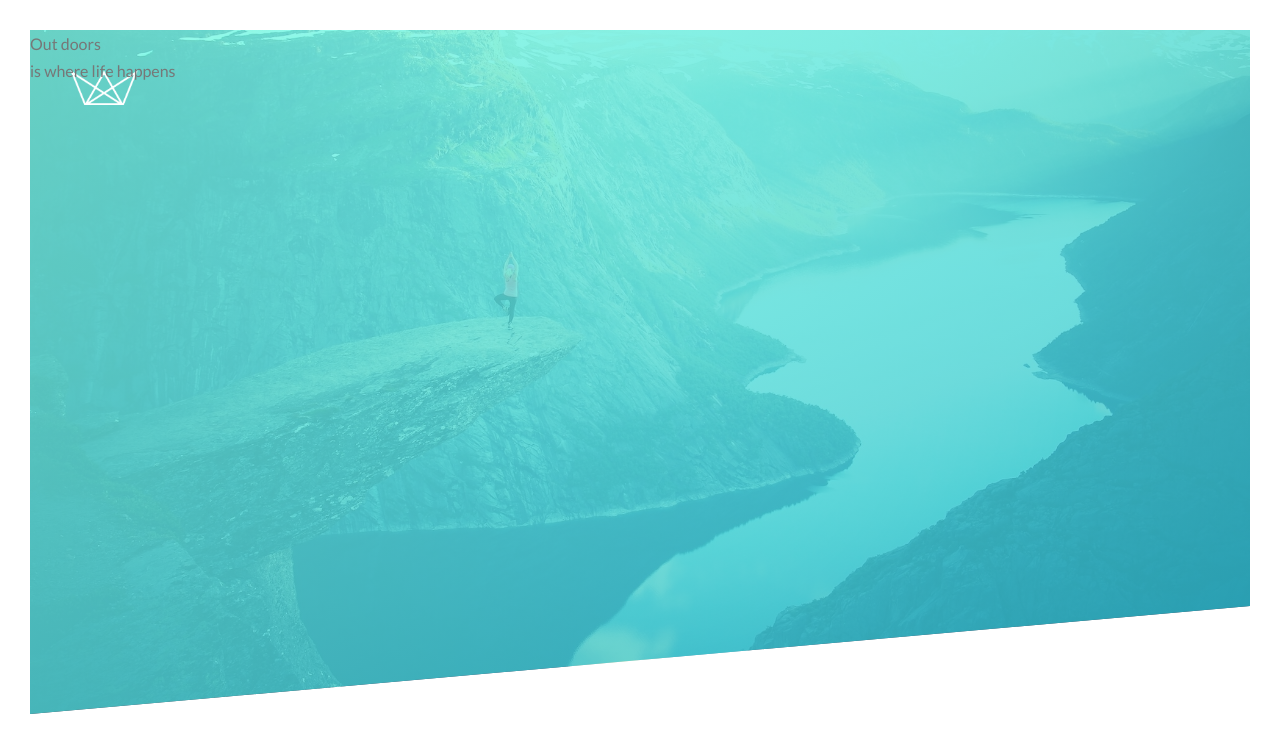
Repository: haokiet2501/natours-page
Page: index.html
These files come from the project's save history. The page is drawn as it stood at one moment and after the next save; the edit follows.
The browser window is 1280 px wide. The pictures show the whole page.

Above is the page before, as saved 2022-07-31 17:09:21.

After the next save:
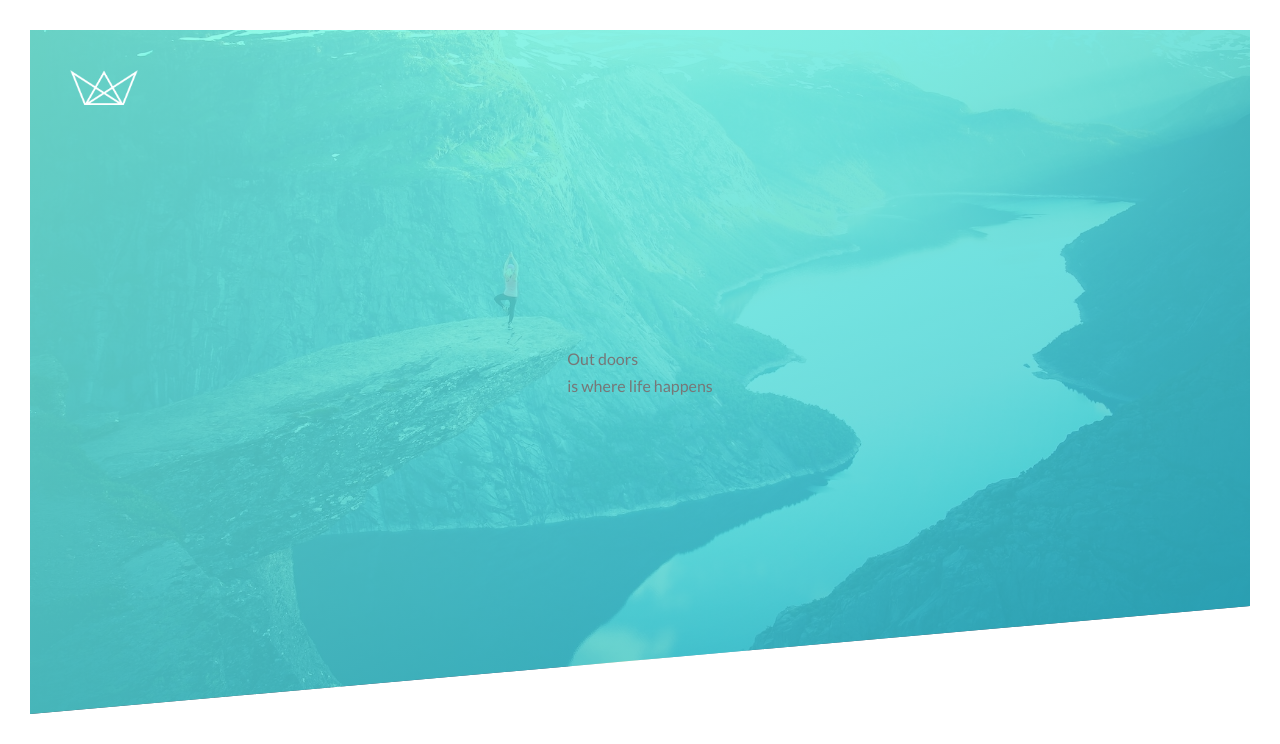
Saved 10 s later.
--- a/styles.css
+++ b/styles.css
@@ -50,5 +50,7 @@ html {
 
 .heading {
     position: absolute;
-    top50
+    top: 50%;
+    left: 50%;
+    transform: translate(-50%, -50%);
 }
